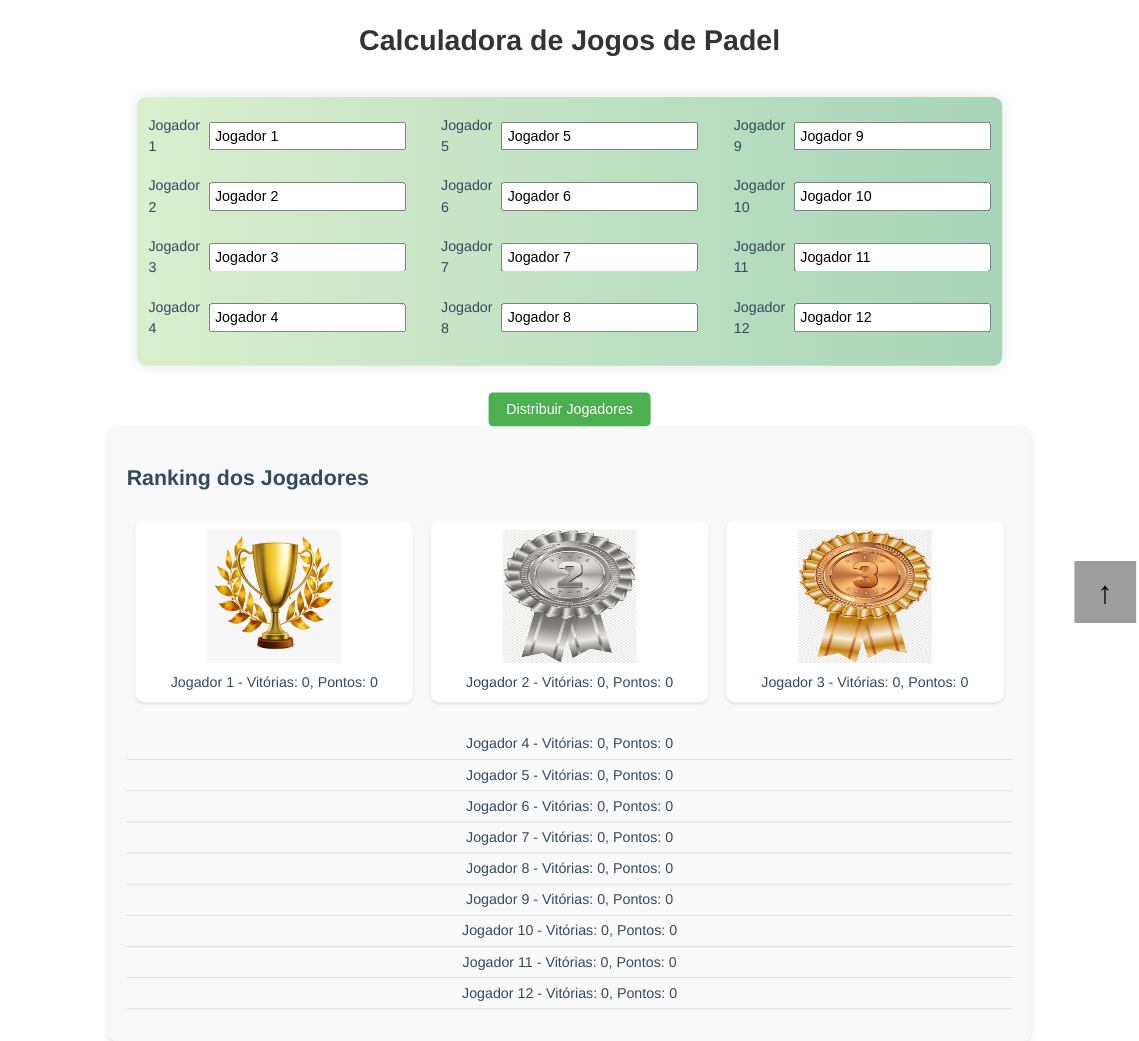
Repository: MarcioMiguel22/PadelMaster
Page: /calculadora
The author's editor kept a copy of each file at every save. The page is drawn from the files as they stood at one save, then again after the next save.
The browser window is 1280 px wide. The pictures show the whole page, at 89% of full size.
Pictures or frames that could not be fetched are drawn as grey boxes. The project was rebuilt for these pictures with package versions that can differ from the ones it lists, and the page was loaded fresh each time. Also part of the build but not shown: vite.config.ts, src/pages/Home/Home.tsx, src/components/components_calculadora/Campo.tsx, src/components/components_calculadora/Jogo.tsx, src/pages/Player/playerComponent.tsx, src/index.css.

Above is the page before, as saved 2024-06-16 09:46:11.

After the next save:
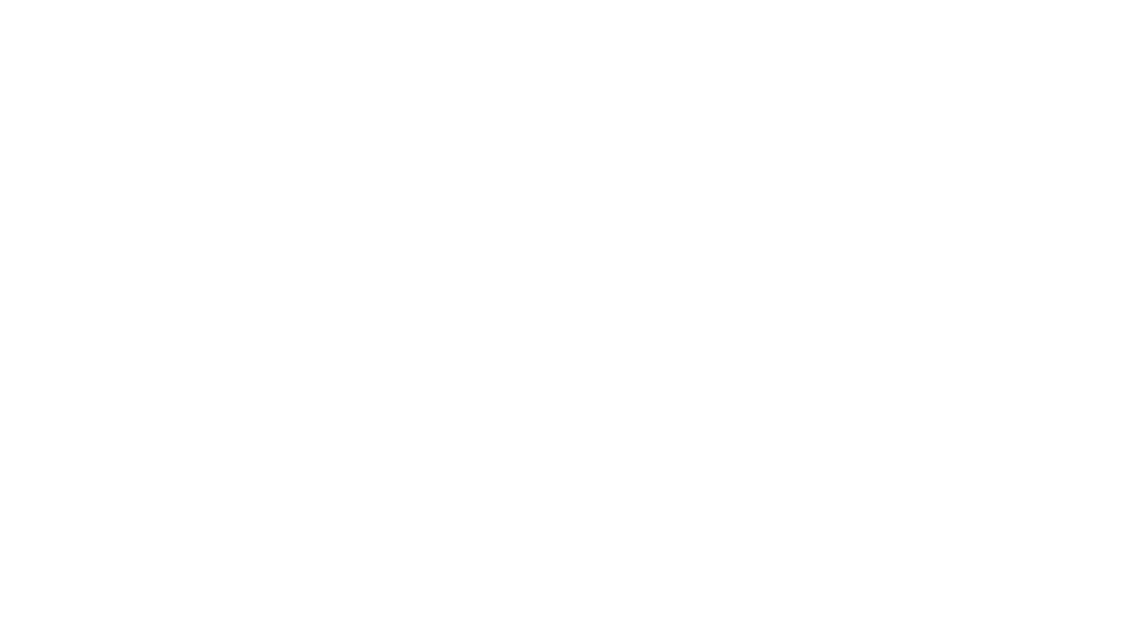
Console error: ReferenceError: DistributeButton is not defined
Saved 95 s later.
--- a/src/pages/Calculadora/Calculadora.tsx
+++ b/src/pages/Calculadora/Calculadora.tsx
@@ -117,7 +117,7 @@ const CalculadoraApp: React.FC = () => {
       <div className="main-content">
         <JogadoresLista jogadores={jogadores} handleNomeChange={handleNomeChange} />
         <div className="fields-container">
-          <button onClick={distribuirJogadores} className="distribute-button">Distribuir Jogadores</button>
+        <DistributeButton onClick={distribuirJogadores} />
           {jogos.map((jogo, jogoIndex) => (
             <Jogo
               key={jogoIndex}

After the save that followed:
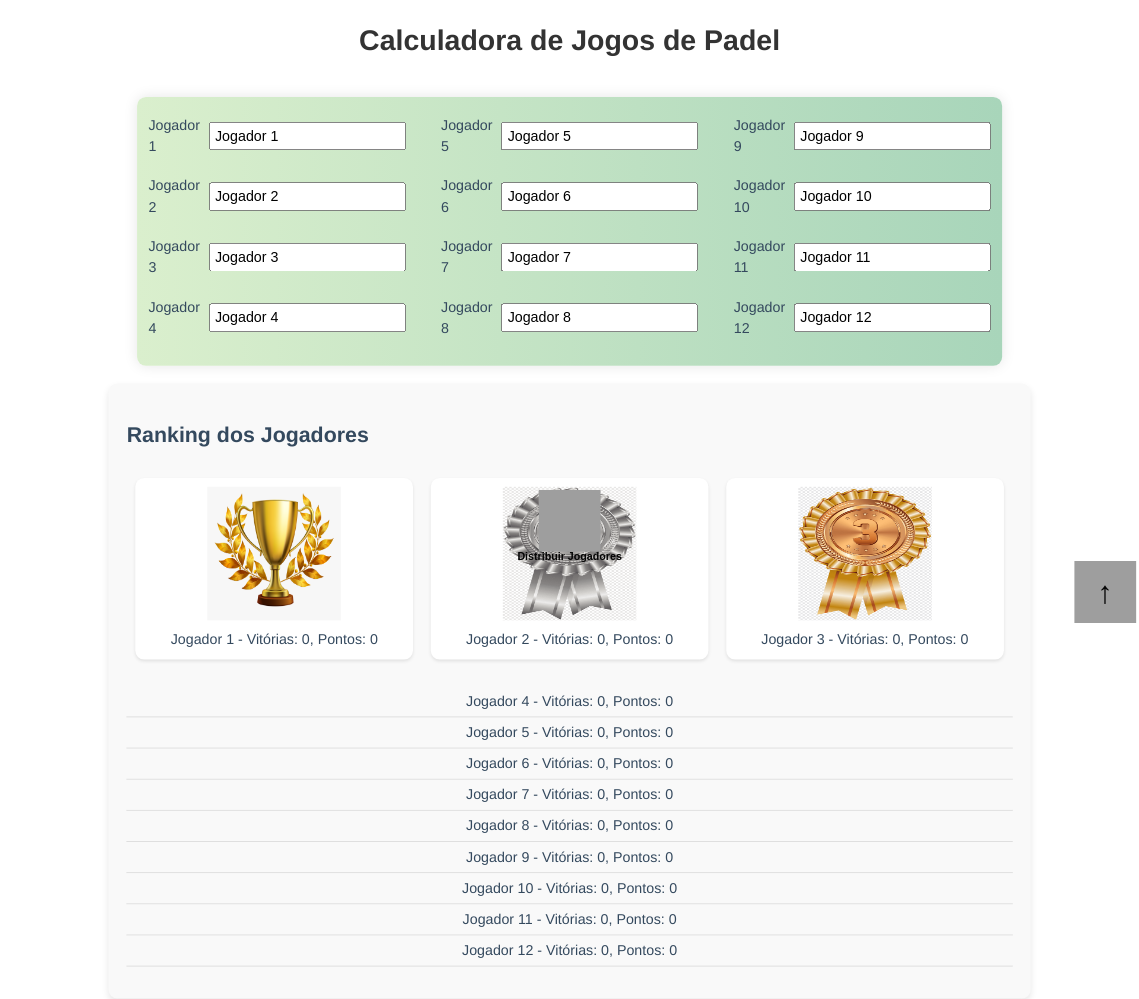
The error is gone.
Saved 32 s later.
--- a/src/pages/Calculadora/Calculadora.tsx
+++ b/src/pages/Calculadora/Calculadora.tsx
@@ -6,7 +6,7 @@ import Ranking from '../../components/components_calculadora/Ranking';
 import { Jogador, Time, Campo as CampoType } from '../../utils/types/types'; // Importando os tipos
 import { iniciarProximoJogo } from '../../components/components_calculadora/logic/gameLogic'; // Importando a função
 import ScrollToTopButton from '../../components/components_calculadora/ScrollToTopButton'; // Importando o novo componente
-
+import DistributeButton from '../../components/components_calculadora/DistributeButton';
 const jogadoresIniciais: Jogador[] = Array.from({ length: 12 }, (_, i) => ({
   id: i + 1,
   nome: `Jogador ${i + 1}`,
